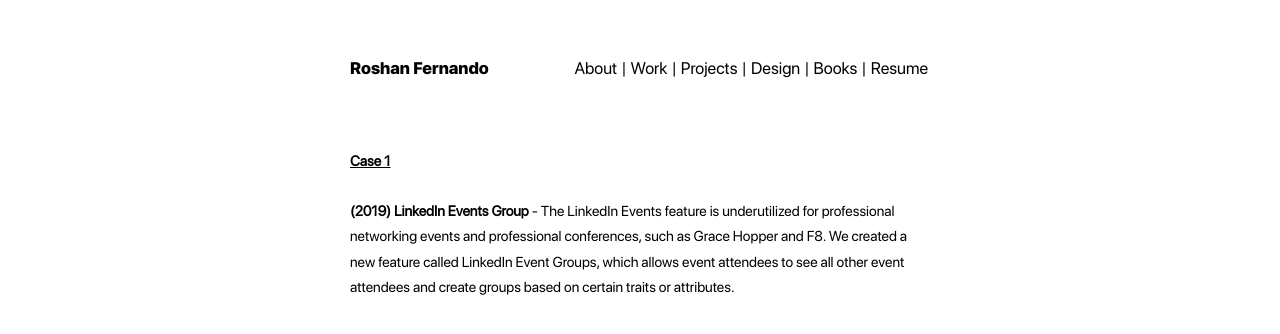
Repository: rdf004/rdf004.github.io
Page: /case1
These files come from the project's save history. The page is drawn as it stood at one moment and after the next save; the edit follows.
The browser window is 1280 px wide. The pictures show the whole page.
The project was rebuilt for these pictures with package versions that can differ from the ones it lists, and the page was loaded fresh each time. Also part of the build but not shown: src/Components/About.js, src/Components/Work.js, src/Components/Projects.js, src/Components/Design.js, src/Components/Books.js, src/Components/Resume.js.

Above is the page before, as saved 2019-11-20 20:16:32.

### public/index.html
<!DOCTYPE html>
<html lang="en">
  <head>
    <meta charset="utf-8" />
    <link rel="shortcut icon" href="Startup_Rocket-512.png" />
    <meta name="viewport" content="width=device-width, initial-scale=1" />
    <meta name="theme-color" content="#000000" />
    <meta
      name="description"
      content="Web site created using create-react-app"
    />
    <link rel="apple-touch-icon" href="logo192.png" />
    <!--
      manifest.json provides metadata used when your web app is installed on a
      user's mobile device or desktop. See https://developers.google.com/web/fundamentals/web-app-manifest/
    -->
    <link rel="manifest" href="%PUBLIC_URL%/manifest.json" />
    <!--
      Notice the use of %PUBLIC_URL% in the tags above.
      It will be replaced with the URL of the `public` folder during the build.
      Only files inside the `public` folder can be referenced from the HTML.

      Unlike "/favicon.ico" or "favicon.ico", "%PUBLIC_URL%/favicon.ico" will
      work correctly both with client-side routing and a non-root public URL.
      Learn how to configure a non-root public URL by running `npm run build`.
    -->
    <title>RFizzle's Websizzle</title>
  </head>
  <body>
    <noscript>You need to enable JavaScript to run this app.</noscript>
    <div id="root"></div>
    <!--
      This HTML file is a template.
      If you open it directly in the browser, you will see an empty page.

      You can add webfonts, meta tags, or analytics to this file.
      The build step will place the bundled scripts into the <body> tag.

      To begin the development, run `npm start` or `yarn start`.
      To create a production bundle, use `npm run build` or `yarn build`.
    -->
  </body>
</html>

### src/index.js
import React from 'react';
import ReactDOM from 'react-dom';
import { Route, Link, BrowserRouter as Router } from 'react-router-dom';

import About from './Components/About';
import Work from './Components/Work';
import Projects from './Components/Projects';
import Design from './Components/Design';
import Books from './Components/Books';
import Resume from './Components/Resume';
import Case1 from './Components/Case1';
import * as serviceWorker from './serviceWorker';

const routing = (
    <Router>
      <div>
        <Route exact path="/" component={About} />
        <Route path="/work" component={Work} />
        <Route path="/projects" component={Projects} />
        <Route path="/design" component={Design} />
        <Route path="/books" component={Books} />
        <Route path="/resume" component={Resume} />
        <Route path="/case1" component={Case1} />
      </div>
    </Router>
)

ReactDOM.render(routing, document.getElementById('root'));

// If you want your app to work offline and load faster, you can change
// unregister() to register() below. Note this comes with some pitfalls.
// Learn more about service workers: https://bit.ly/CRA-PWA
serviceWorker.unregister();

### src/Components/Case1.js
import React from 'react';
import Header from './Header';

import '../Style/style.css';

class Case1 extends React.Component {

    render() {
        return (
            <div className="grid-holder">

            <div className="grid-container">
                <Header className="header"/>
                <p className="page-content">
                    <b><u>Case 1</u></b><br/><br/>
                    <b><a className="list-item-a" href="case1">(2019) LinkedIn Events Group</a></b> - The LinkedIn Events feature is underutilized for professional networking events and professional conferences, such as Grace Hopper and F8. We created a new feature called LinkedIn Event Groups, which allows event attendees to see all other event attendees and create groups based on certain traits or attributes.<br/><br/>
                </p>
            </div>

            </div>
        )
    }

}

export default Case1;

### src/Components/Header.js
import React from 'react';
import '../Style/style.css';

class Header extends React.Component {

    render() {
        return (

            <div className="flex-container">
                <p className="name">Roshan Fernando</p>
                <ul className="header-li-elements">
                    <li><a className="list-item-a" href="/">About</a></li>
                    <li>|</li>
                    <li><a className="list-item-a" href="/work">Work</a></li>
                    <li>|</li>
                    <li><a className="list-item-a" href="/projects">Projects</a></li>
                    <li>|</li>
                    <li><a className="list-item-a" href="/design">Design</a></li>
                    <li>|</li>
                    <li><a className="list-item-a" href="/books">Books</a></li>
                    <li>|</li>
                    <li><a className="list-item-a" href="/resume">Resume</a></li>
                </ul>
                <p className="content">{this.about}</p>
            </div>
        )
    }
}

export default Header;

### src/Style/style.css
/* PAGE */

.grid-holder {

}

.grid-container {
    display: grid;
    width: 600px;
    max-width: 100vw;
    margin: auto;

    line-height: 1.75;
}

.page-content {

    font-family: 'SF-Regular';
    font-size: 0.9em;
    color: black;
    padding: 10px;
    padding-top: 0px;
}

/* unvisited link */
.p-a:link {
    color: rgb(105, 196, 248);
    text-decoration: underline;
  }

  /* visited link */
.p-a:visited {
    color: rgb(105, 196, 248);
    text-decoration: underline;
  }

/* mouse over link */
.p-a:hover {
    color: rgb(105, 196, 248);
    text-decoration: underline;
  }

  /* selected link */
.p:active {
    color: rgb(105, 196, 248);
    text-decoration: underline;
  }

/* HEADER */

.flex-container {

    display: flex;
    justify-content: center;
    align-items: center;
    padding-top: 5vh;
    flex-wrap: wrap;

    max-width: inherit;
    min-width: 0;

}


.name {

    text-align: left;
    font-family: 'SF-Heavy';
    color: black;
    font-size: 1.05em;
    max-width: 250px;

    flex: 1;
    padding-left: 10px;

}

.header-li-elements {

    display: flex;
    padding: 0;
    justify-content: flex-end;
    color: black;

    flex: 1;
    padding-right: 10px;

}

li {

    list-style-type: none;
    padding: 2px;
    font-family: 'SF-Regular';
    font-size: 1.05em;
    color: black;

}

.content {
    width: 1000px;
    max-width: inherit;
}

body, html {

    margin: 0;
    padding: 0;
    background-color: white;

}

/* unvisited link */
.list-item-a:link {
    color: black;
    text-decoration: none;
  }

  /* visited link */
.list-item-a:visited {
    color: black;
    text-decoration: none;
  }

/* mouse over link */
.list-item-a:hover {
    color: rgb(0, 162, 255);
    text-decoration: none;
  }

  /* selected link */
.list-item-a:active {
    color: black;
    text-decoration: none;
  }

@font-face {
    src: url('./SF-Pro-Display-Heavy.otf');
    font-family: 'SF-Heavy';
}

@font-face {
    src: url('./SF-Pro-Display-Regular.otf');
    font-family: 'SF-Regular';
}

@font-face {
    src: url('./SF-Pro-Display-Thin.otf');
    font-family: 'SF-Thin';
}

Loaded but not shown: src/serviceWorker.js (common file)

After the next save:
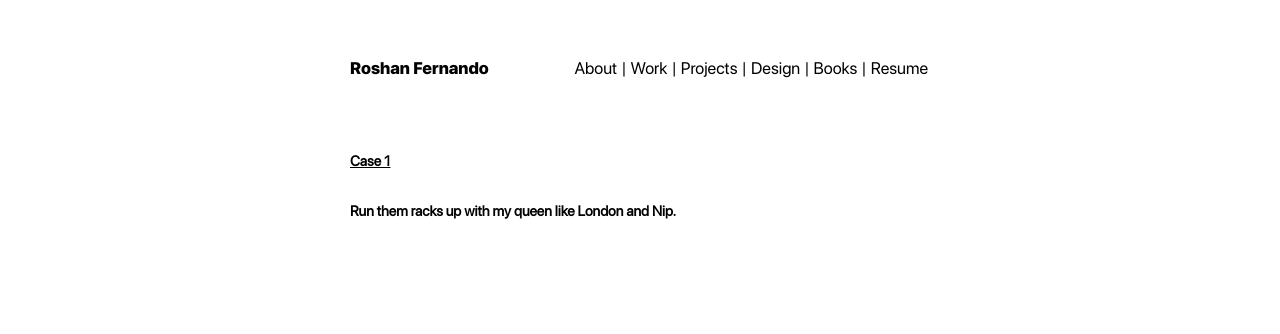
Saved 29 s later.
--- a/src/Components/Case1.js
+++ b/src/Components/Case1.js
@@ -13,7 +13,7 @@
                 <Header className="header"/>
                 <p className="page-content">
                     <b><u>Case 1</u></b><br/><br/>
-                    <b><a className="list-item-a" href="case1">(2019) LinkedIn Events Group</a></b> - The LinkedIn Events feature is underutilized for professional networking events and professional conferences, such as Grace Hopper and F8. We created a new feature called LinkedIn Event Groups, which allows event attendees to see all other event attendees and create groups based on certain traits or attributes.<br/><br/>
+                    <b>Run them racks up with my queen like London and Nip.</b><br/><br/>
                 </p>
             </div>
 
